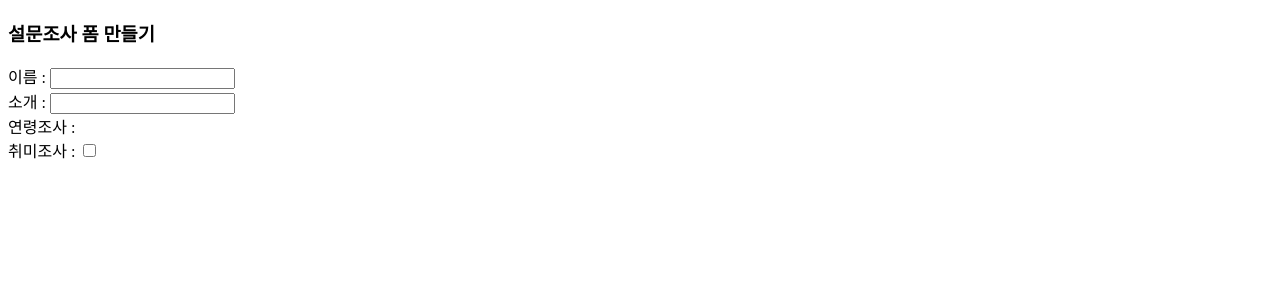
Repository: KimJaeHwan98/tomcat01
Page: http://localhost/3_req_res/quiz/ex01_form.jsp
The author's editor kept a copy of each file at every save. The page is drawn from the files as they stood at one save, then again after the next save.
The browser window is 1280 px wide. The pictures show the whole page.
The page is served by Tomcat 9.

Above is the page before, as saved 2024-04-29 06:04:25.

After the next save:
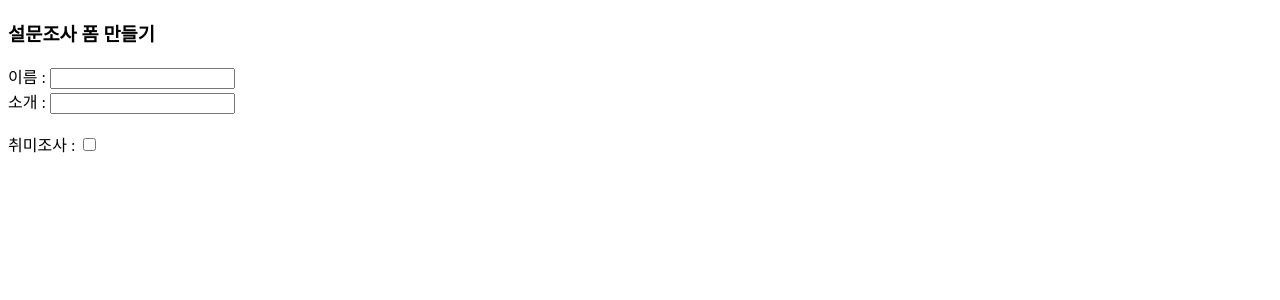
Saved 16 s later.
--- a/3_req_res/src/main/webapp/quiz/ex01_form.jsp
+++ b/3_req_res/src/main/webapp/quiz/ex01_form.jsp
@@ -15,7 +15,7 @@
 
 소개 : <input type = "text" name ="a2"><br>
 
-연령조사 : <fildset>
+<fildset 연령조사>
 
 		</fildset> <br>
 

After the save that followed:
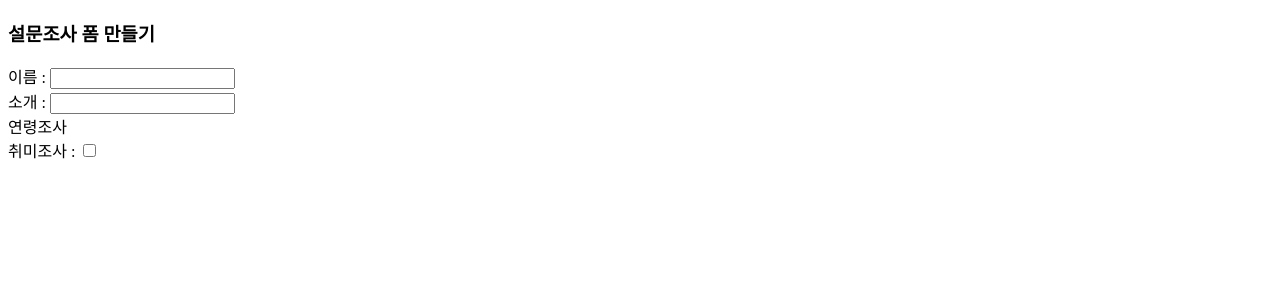
Saved 6 s later.
--- a/3_req_res/src/main/webapp/quiz/ex01_form.jsp
+++ b/3_req_res/src/main/webapp/quiz/ex01_form.jsp
@@ -15,7 +15,8 @@
 
 소개 : <input type = "text" name ="a2"><br>
 
-<fildset 연령조사>
+<fildset >
+연령조사
 
 		</fildset> <br>
 
